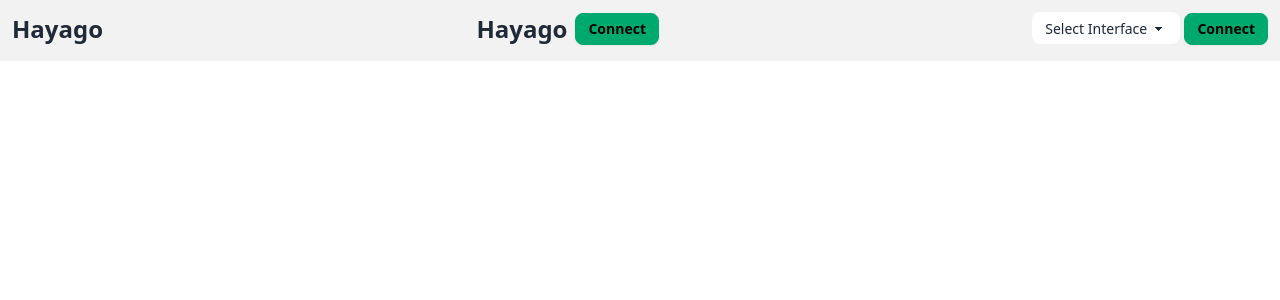
Repository: khulqu15/rov.commander
Page: http://localhost/planner/
An editor plug-in stored every save of this project. The page is shown before and after the next save, followed by the edit.
The browser window is 1280 px wide. The pictures show the whole page.
Some web libraries are served in a nearby version. The page is served by the project's application, run on Django 5.2 (manage.py).

Above is the page before, as saved 2025-02-06 21:04:15.

After the next save:
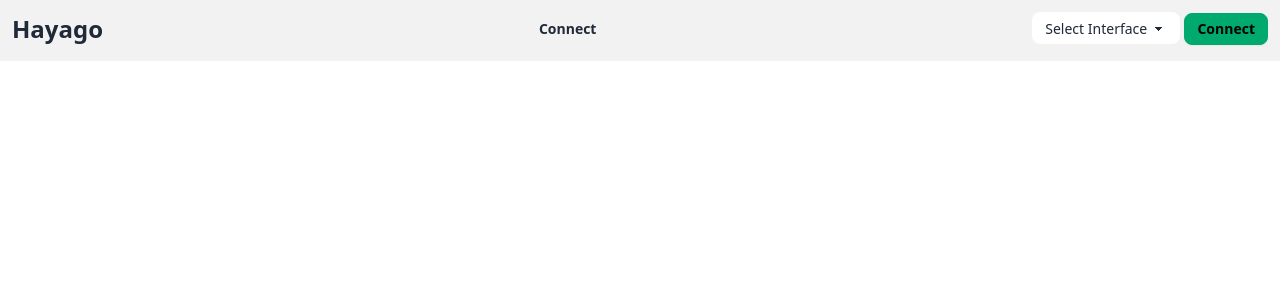
Saved 8 s later.
--- a/templates/index.html
+++ b/templates/index.html
@@ -13,9 +13,7 @@
             <h1 class="text-2xl font-bold">Hayago</h1>
         </div>
         <div class="lg:flex items-center justify-center gap-2">
-            <h1 class="text-2xl font-bold">Hayago</h1>
-            <button type="submit" class="btn btn-success btn-sm">Connect</button>
-
+            <button type="submit" class="btn btn-ghost btn-sm">Connect</button>
         </div>
         <form method="GET">
             <select name="interface" class="select select-border select-sm" id="interface">
